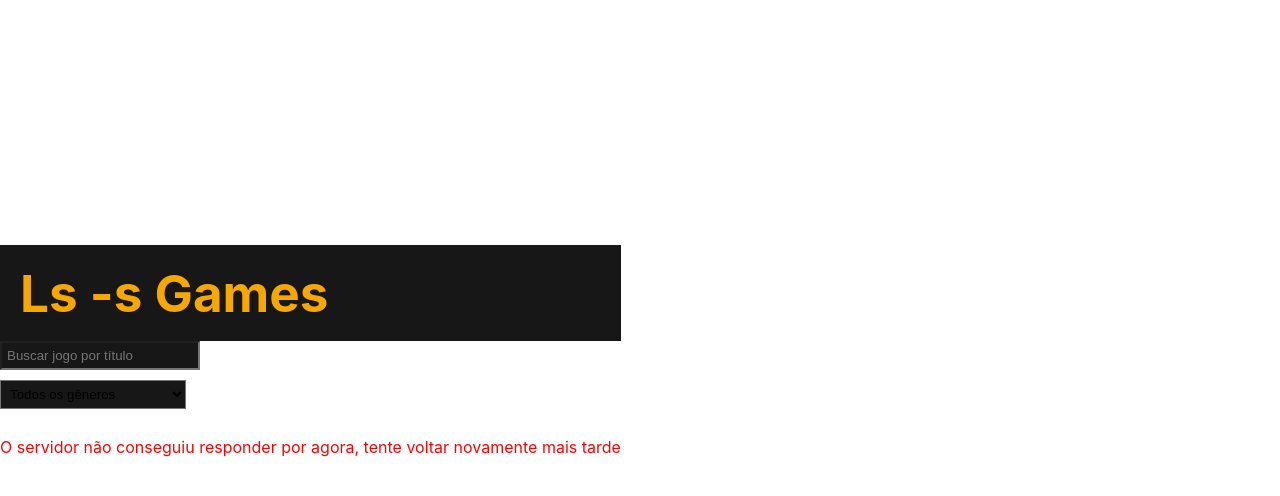
Repository: nlemuel/games-front-test
Page: /
An editor plug-in stored every save of this project. The page is shown before and after the next save, followed by the edit.
The browser window is 1280 px wide. The pictures show the whole page.
The page's requests for data from a server got no answer. The project was rebuilt for these pictures with package versions that can differ from the ones it lists, and the page was loaded fresh each time. No one was signed in, and anything a server would have sent is missing. Also part of the build but not shown: vite.config.ts.

Above is the page before, as saved 2023-06-25 15:56:09.

After the next save:
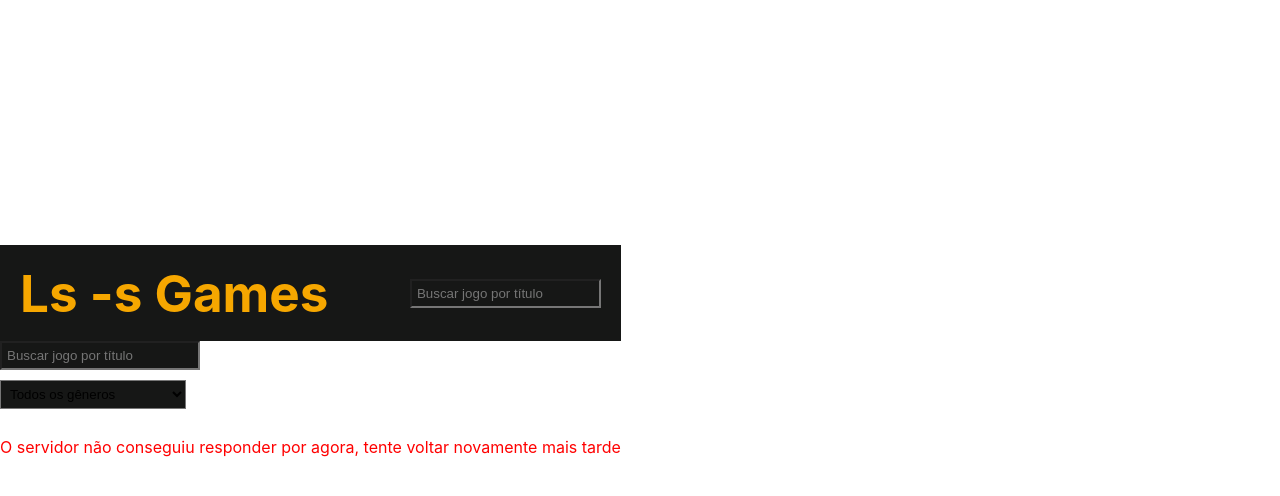
Saved 18 min 44 s later.
--- a/src/components/Header/index.tsx
+++ b/src/components/Header/index.tsx
@@ -4,6 +4,9 @@ import styled from 'styled-components';
 const HeaderContainer = styled.header`
   background-color: #161716;
   padding: 20px;
+  display: flex;
+  justify-content: space-between;
+  align-items: center;
 `;
 
 const Title = styled.h1`
@@ -11,10 +14,17 @@ const Title = styled.h1`
   margin: 0;
 `;
 
+const SearchBar = styled.input`
+  padding: 5px;
+  background-color: #161716;
+  color: #f6a700;
+`;
+
 const Header: React.FC = () => {
   return (
     <HeaderContainer>
       <Title>Ls -s Games</Title>
+      <SearchBar type="text" placeholder="Buscar jogo por título" />
     </HeaderContainer>
   );
 };
